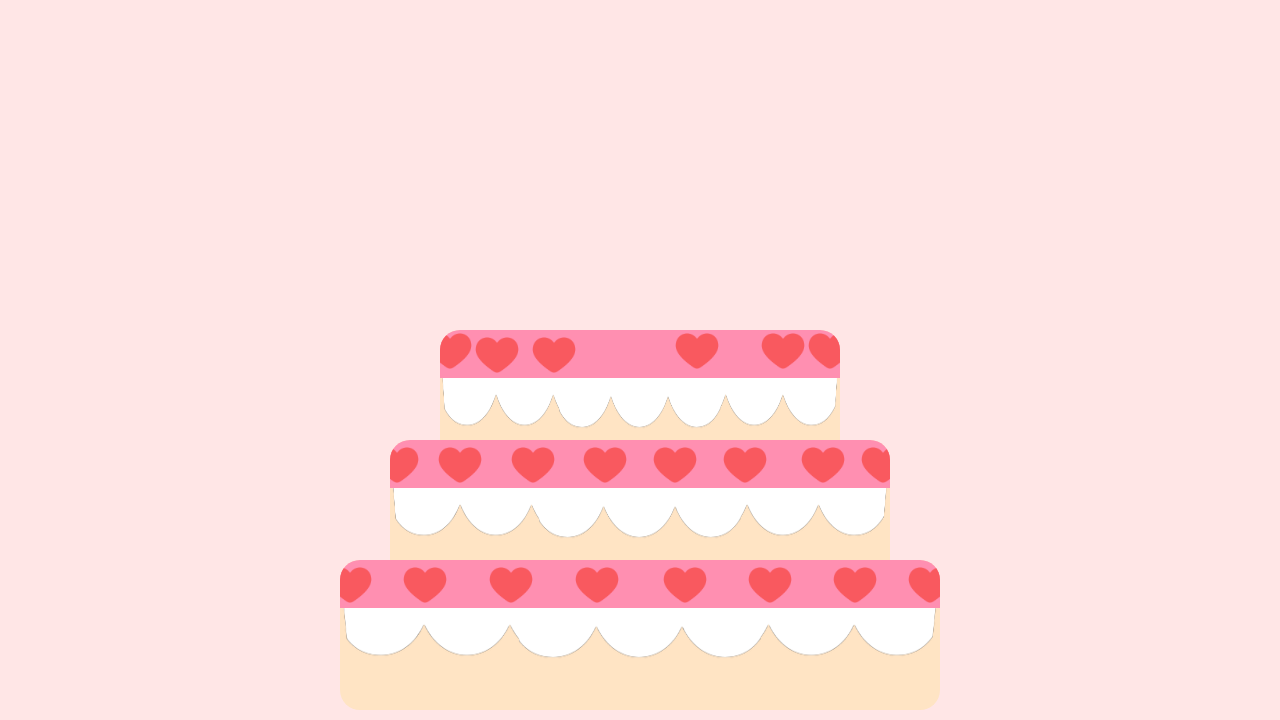
Repository: iphoneboy46/happybirthday
Page: index.html
The author's editor kept a copy of each file at every save. The page is drawn from the files as they stood at one save, then again after the next save.
The browser window is 1280 px wide. The pictures show the whole page.

Above is the page before, as saved 2022-11-28 15:47:02.

After the next save:
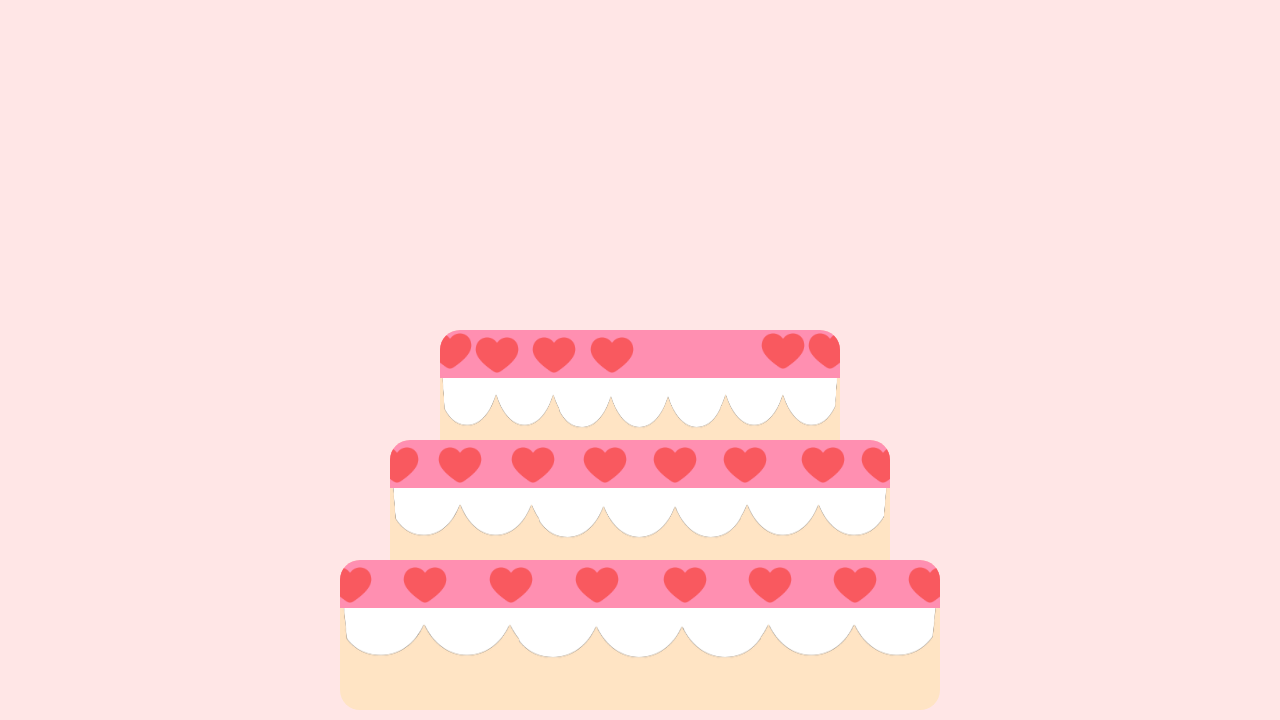
Saved 23 s later.
--- a/style.css
+++ b/style.css
@@ -372,8 +372,8 @@
 .img-heart-4--top{
     z-index: 3;
     position: absolute;
-    top: -4px;
-    left: 232px;
+    top: 0px;
+    left: 147px;
     width:50px;
     height:50px;
 }
